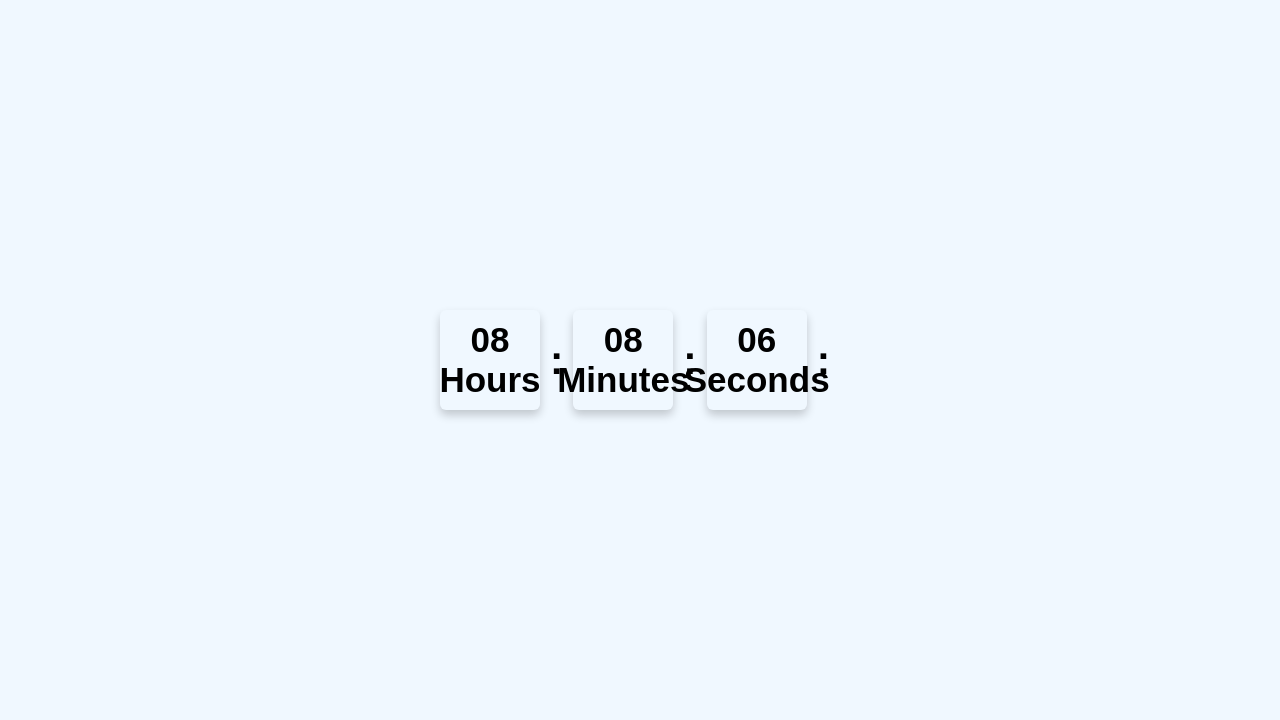
Repository: HueVu99/ComPonents
Page: Dynamic Digital Clock/index.html
The author's editor kept a copy of each file at every save. The page is drawn from the files as they stood at one save, then again after a run of saves.
The browser window is 1280 px wide. The pictures show the whole page.

Above is the page before, as saved 2022-07-08 16:34:57.

After the next 2 saves:
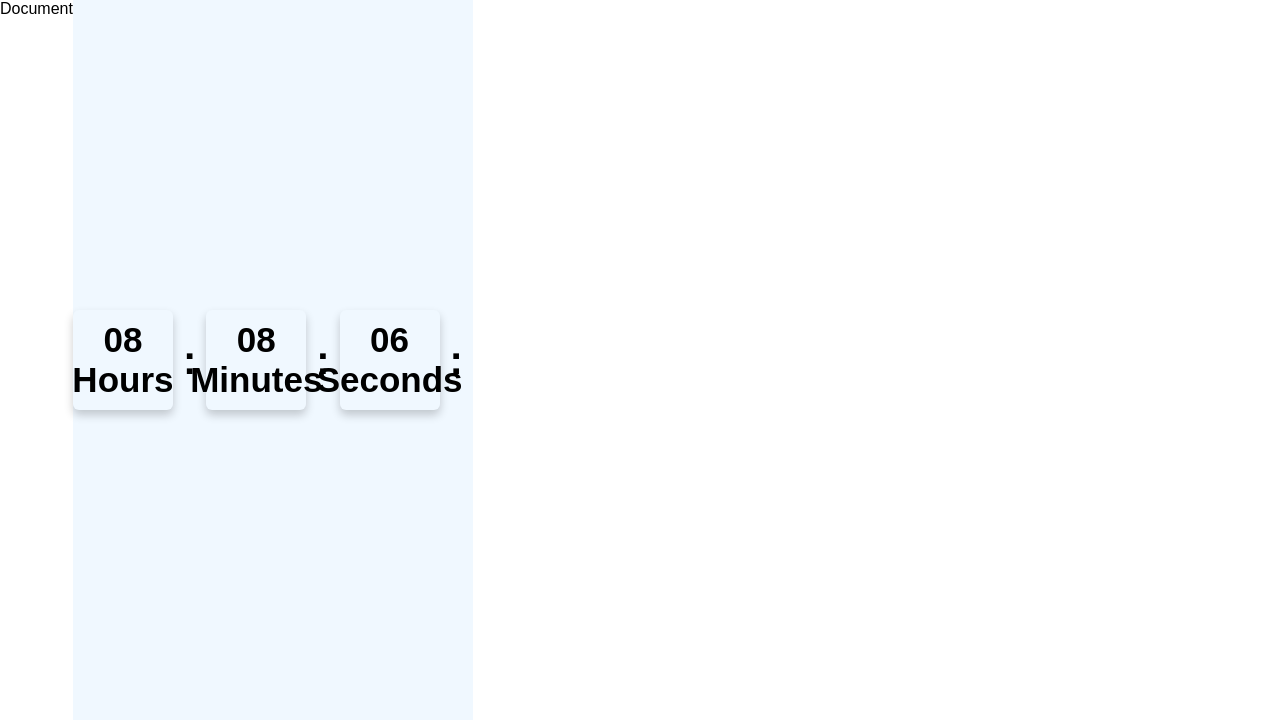
The 2 saves are shown as one change because they came seconds apart.
The last was saved 57 s later.
--- a/Dynamic Digital Clock/style.css
+++ b/Dynamic Digital Clock/style.css
@@ -4,11 +4,12 @@
     padding: 0;
     box-sizing:border-box;
     font-family:"Orbitron",sans-serif;
+    display: flex;
 }
 section{
     min-height: 100vh;
     width: 100%;
-    display: flex;
+    /* display: flex; */
     align-items: center;
     justify-content: center;
     background: #F0F8FF;

After the 5 saves that followed:
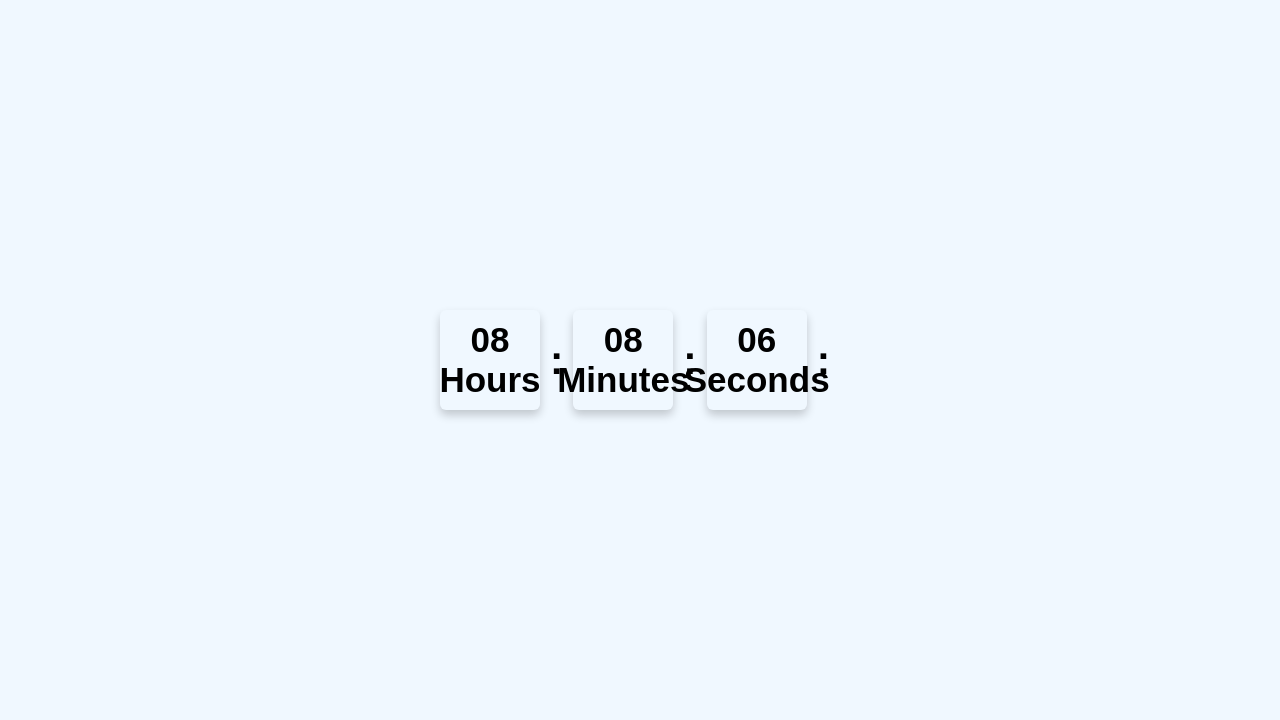
The 5 saves are shown as one change because 4 left the picture as it was.
The last was saved 53 s later.
--- a/Dynamic Digital Clock/style.css
+++ b/Dynamic Digital Clock/style.css
@@ -4,12 +4,12 @@
     padding: 0;
     box-sizing:border-box;
     font-family:"Orbitron",sans-serif;
-    display: flex;
+
 }
 section{
     min-height: 100vh;
     width: 100%;
-    /* display: flex; */
+    display: flex;
     align-items: center;
     justify-content: center;
     background: #F0F8FF;
